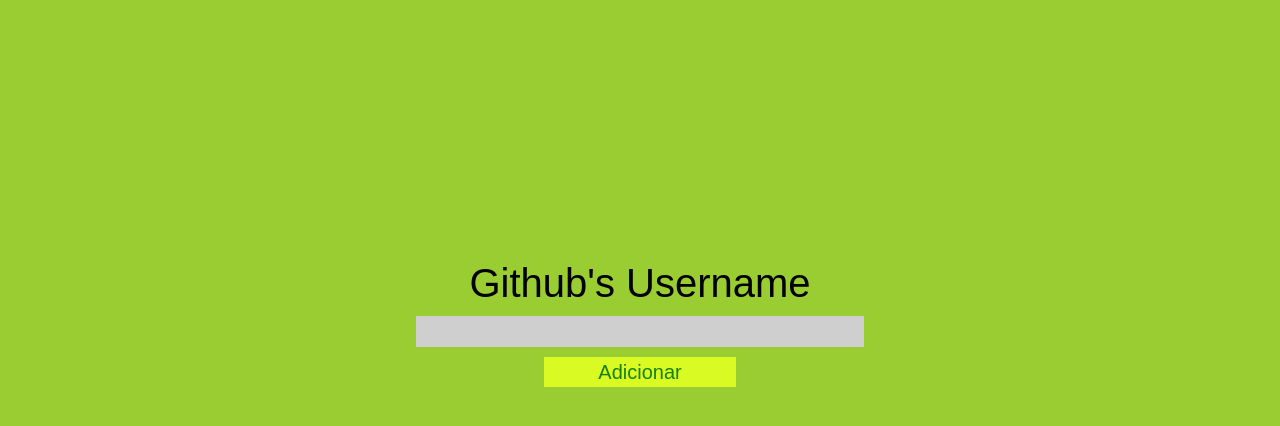
Repository: Orifiel/teste
Page: desafioMod4/desafioJavascritpt0402.html
The author's editor kept a copy of each file at every save. The page is drawn from the files as they stood at one save, then again after the next save.
The browser window is 1280 px wide. The pictures show the whole page.
Some web fonts or font styles are not loaded; a fallback is used.

Above is the page before, as saved 2020-08-24 12:05:30.

### desafioMod4/desafioJavascritpt0402.html
<!DOCTYPE html>
<html lang="en">
<head>
    <meta charset="UTF-8">
    <meta name="viewport" content="width=device-width, initial-scale=1.0">
    <title>Document</title>
</head>
<style>
    @import url('https://fonts.googleapis.com/css2?family=Do+Hyeon&display=swap');
    *{
        padding: 0;
        margin: 0;
        box-sizing: border-box;
    }
    body{
        background: yellowgreen;
    }
   .container {
        display: flex;
        flex-direction: column;
        width: 70vw;
        height: 90vh;
        justify-content: center;
        align-items: center;
        margin: 0 auto;
    }
    label{
        font-size: 2.5rem;
        font-family: 'Do Hyeon', sans-serif;
    }
    input {

        outline: none;
        width: 50%;
        padding: 8px 14px;
        border: none;
        background: rgb(207, 207, 207);
        color: rgb(0, 0, 0);
        font-family: Verdana, Geneva, Tahoma, sans-serif;
        font-weight: 700;
        text-align: center;
        margin: 10px auto;
    }

    button {
        width: 12rem;
        height: 30px;
        background: rgb(218, 250, 36);
        border: none;
        font-family: 'Do Hyeon', sans-serif;
        font-size: 20px;
        color: rgb(22, 128, 12);
    }


</style>
<body>
    <div class="container">
        <label for="username">Github's Username</label>
        <input type="text" name="username" id="username">
        <button onclick=''>Adicionar</button>
    </div>
 <script src="./desafioJavascritpt0402.js"></script>
</body>
</html>

### desafioMod4/desafioJavascritpt0402.js
/**
 * 2º exercício
Crie uma tela com um <input> que deve receber o nome de um usuário no Github. Após digitar o
nome do usuário e clicar no botão buscar a aplicação deve buscar pela API do Github (conforme
URL abaixo) os dados de repositórios do usuário e mostrá-los em tela:
URL de exemplo: https://api.github.com/users/diego3g/repos
Basta alterar "diego3g" pelo nome do usuário.
<input type="text" name="user">
<button onclick="">Adicionar</button>
Depois de preencher o input e adicionar, a seguinte lista deve aparecer abaixo:
<ul>
 <li>repo1</li>
 <li>repo2</li>
 <li>repo3</li>
 <li>repo4</li>
 <li>repo5</li>
</ul>

 */

After the next save:
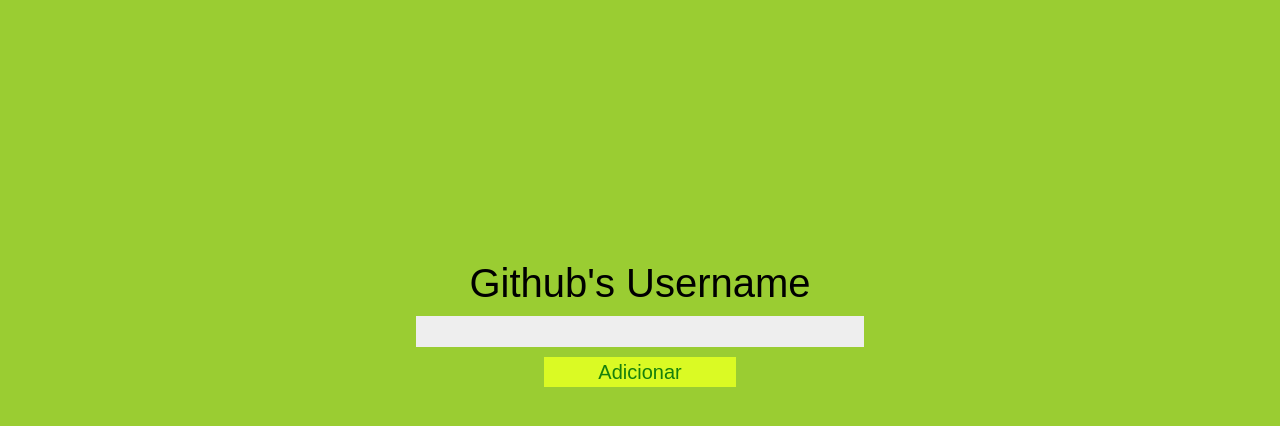
Saved 9 s later.
--- a/desafioMod4/desafioJavascritpt0402.html
+++ b/desafioMod4/desafioJavascritpt0402.html
@@ -34,7 +34,7 @@
         width: 50%;
         padding: 8px 14px;
         border: none;
-        background: rgb(207, 207, 207);
+        background: rgb(238, 238, 238);
         color: rgb(0, 0, 0);
         font-family: Verdana, Geneva, Tahoma, sans-serif;
         font-weight: 700;
